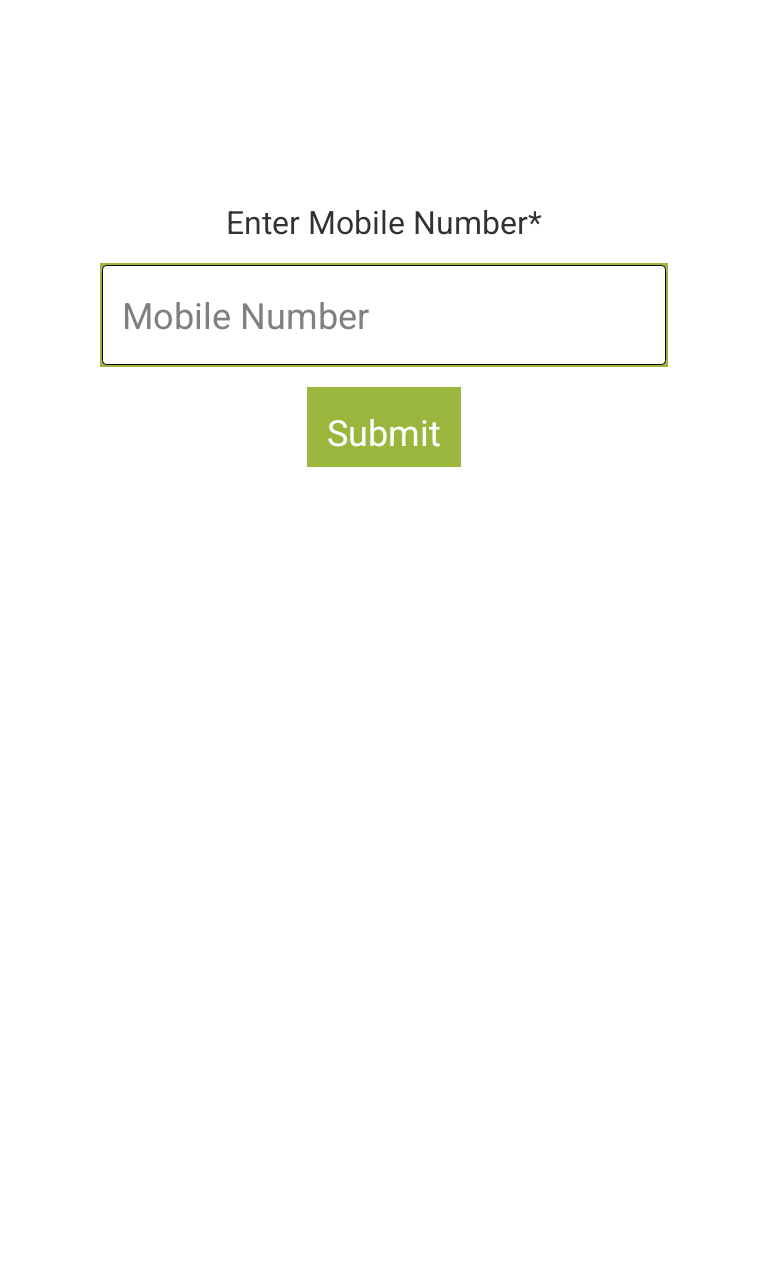
Repository: amitvikramjaiswal/amit-work
Layout: MandiTrades/MandiTradesAndroid/res/layout/first_screen.xml
These files come from the project's save history. The layout is drawn as it stood at one moment and after the next save; the edit follows.
It is drawn on a 768 x 1280 px phone screen (xhdpi) without system bars, with theme AppTheme; the app's code is not run.

Above is the layout before, as saved 2014-11-14 14:04:14.

After the next save:
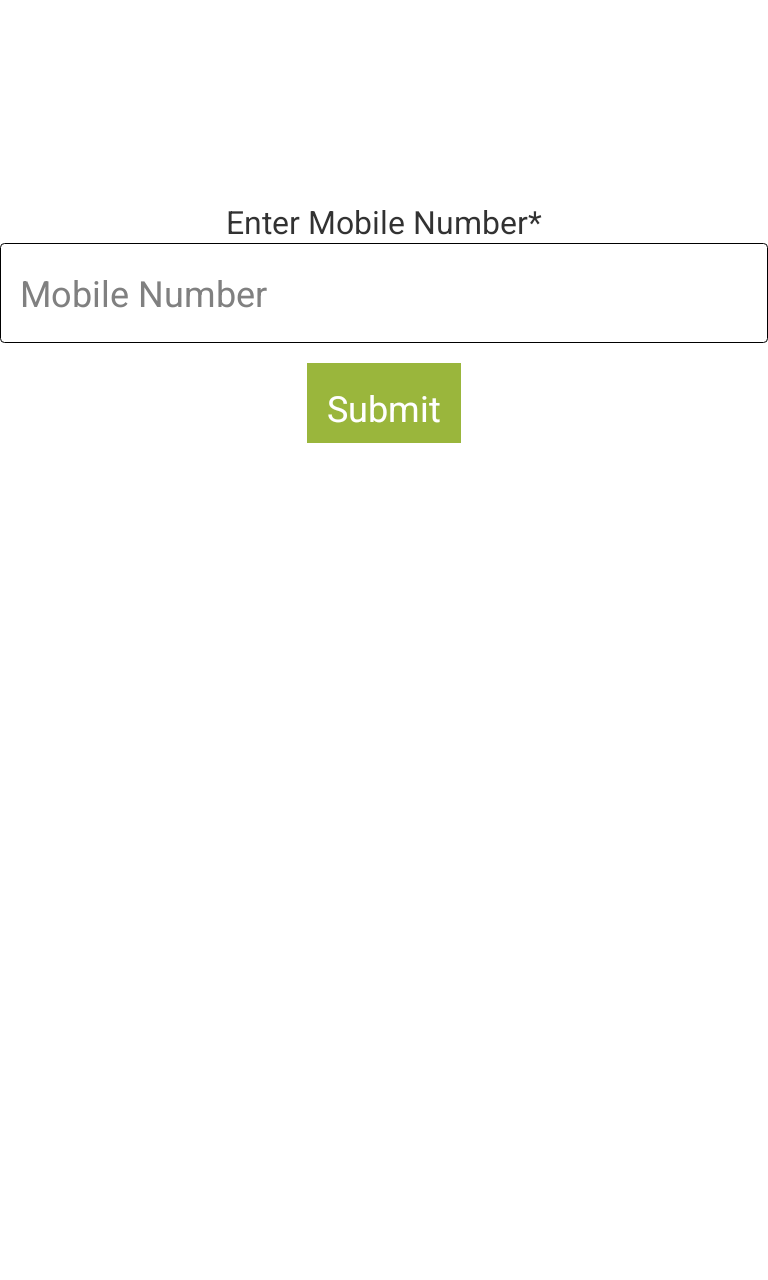
Saved 10 s later.
--- a/MandiTrades/MandiTradesAndroid/res/layout/first_screen.xml
+++ b/MandiTrades/MandiTradesAndroid/res/layout/first_screen.xml
@@ -21,29 +21,16 @@
             android:text="@string/enter_mobile_number"
             android:textSize="@dimen/text_size_large" />
 
-        <RelativeLayout
+        <EditText
+            android:id="@+id/mobile_et"
             android:layout_width="match_parent"
-            android:layout_height="wrap_content"
-            android:layout_gravity="center_horizontal"
-            android:layout_marginLeft="50dp"
-            android:layout_marginRight="50dp"
-            android:layout_marginTop="@dimen/margin_left_right"
-            android:background="#ff9ab63c"
-            android:padding="1dp" >
-
-            <EditText
-                android:id="@+id/mobile_et"
-                android:layout_width="match_parent"
-                android:layout_height="@dimen/height_row"
-                android:background="#fff"
-                android:maxLength="10"
-                android:background="@drawable/border_shape"
-                android:hint="@string/mobile_number"
-                android:inputType="number"
-                android:padding="@dimen/padding_normal"
-                android:textColor="#000" />
-
-        </RelativeLayout>
+            android:layout_height="@dimen/height_row"
+            android:background="@drawable/border_shape"
+            android:hint="@string/mobile_number"
+            android:inputType="number"
+            android:maxLength="10"
+            android:padding="@dimen/padding_normal"
+            android:textColor="#000" />
     </LinearLayout>
 
     <LinearLayout
@@ -79,12 +66,11 @@
                 android:layout_width="match_parent"
                 android:layout_height="@dimen/height_row"
                 android:background="#fff"
-                android:maxLength="4"
                 android:hint="@string/otp"
                 android:inputType="number"
+                android:maxLength="4"
                 android:padding="@dimen/padding_normal"
                 android:textColor="#000" />
-
         </RelativeLayout>
     </LinearLayout>
 
